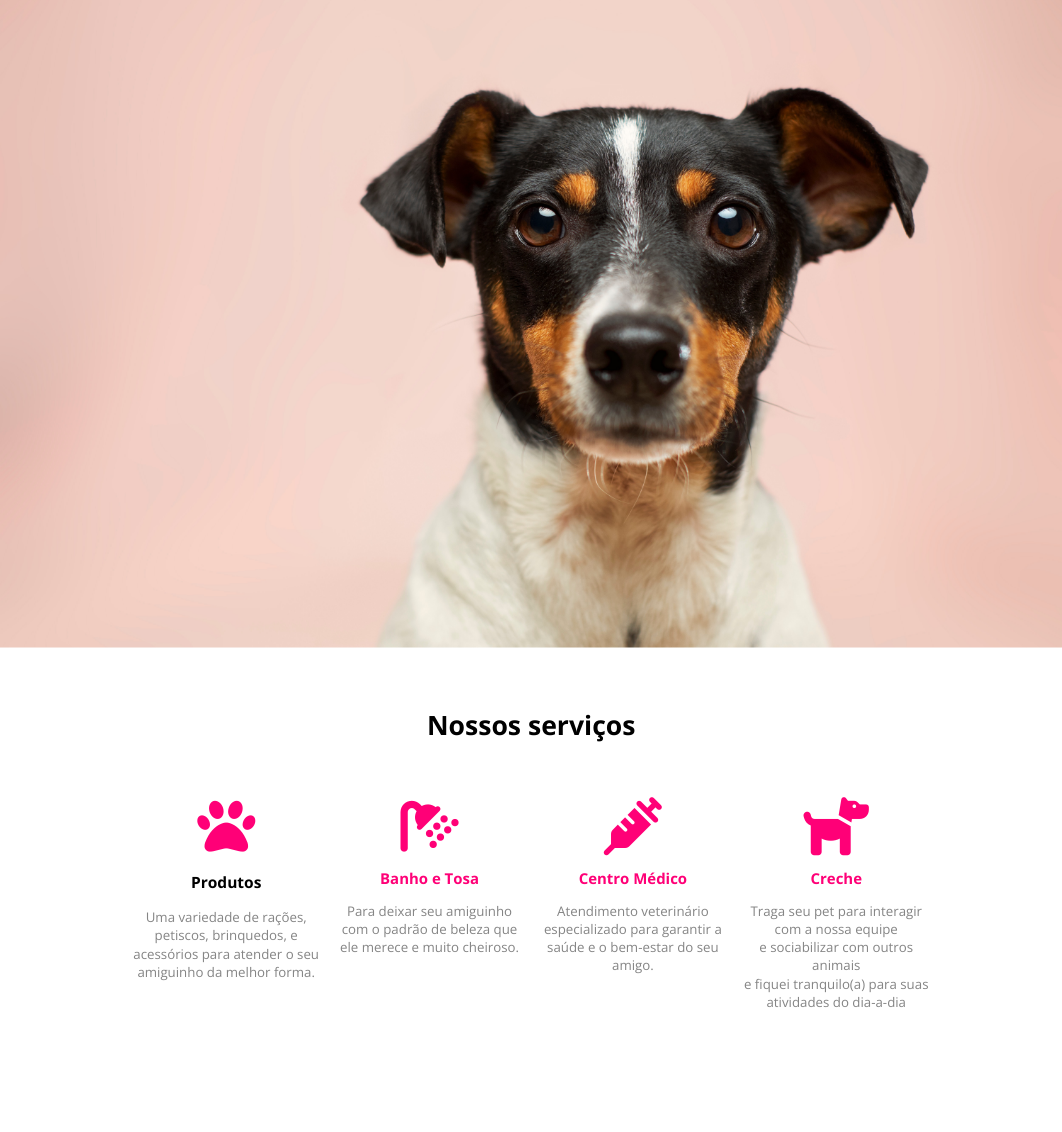
Repository: Carolden/ProhetoPetShop
Page: index.html
The author's editor kept a copy of each file at every save. The page is drawn from the files as they stood at one save, then again after the next save.
The browser window is 1280 px wide. The pictures show the part of the page from y = 270 to 1634 px (the page is 3584 px tall before and 3592 px after), at 83% of full size.
A picture or video elsewhere on the page could not be fetched, so the positions and the page height are approximate.

Above is the page before, as saved 2023-04-28 11:06:44.

### index.html
<!DOCTYPE html>
<html lang="pt-BR">
<head>
    <meta charset="UTF-8">
    <meta http-equiv="X-UA-Compatible" content="IE=edge">
    <meta name="viewport" content="width=device-width, initial-scale=1.0">
    <title>Pet&Shop</title>
    <link rel="stylesheet" href="index.css">
    <link rel="stylesheet" href="sobre.css">
    <link rel="stylesheet" href="produtos.css">
    <link rel="stylesheet" href="servicos.css">
    <link rel="stylesheet" href="faleconosco.css">
    <link rel="stylesheet" href="https://cdnjs.cloudflare.com/ajax/libs/font-awesome/6.4.0/css/all.min.css">
    <link rel="preconnect" href="https://fonts.googleapis.com">
    <link rel="preconnect" href="https://fonts.gstatic.com" crossorigin>
    <link href="https://fonts.googleapis.com/css2?family=Open+Sans:wght@300;400;500;600;700;800&display=swap" rel="stylesheet">
</head>
<body>
    <header>

        <div class="headerrow">
            <div class="headercolumn">
                <img src="Imagens/logo-colored.svg" alt="logo" class="logocolored">
            </div>

            <div>
                <nav class="menu">
                    <a href="index.html" class="active">Home</a>
                    <a href="sobre.html">Sobre</a>
                    <a href="produtos.html">Produtos</a>
                    <a href="servicos.html">Serviços</a>
                    <a href="faleconosco.html">Fale Conosco</a>
                </nav>
            </div>
        </div>


    </header>

    <section>
        <img src="Imagens/banner.jpg" alt="banner" class="banner">
    </section>

    <main>

        <section class="container">

            <h1 class="h1">Nossos serviços</h1>

            <div class="servicesrow">

                <div class="servicescolumn">
                    <i class="fa-solid fa-paw"></i>
                    <h3>Produtos</h3>
                    <p>Uma variedade de rações, <br>petiscos, brinquedos, e <br>acessórios para atender o seu <br>amiguinho da melhor forma.</p>
                </div>

                <div class="servicescolumn">
                    <i class="fa-solid fa-shower"></i>
                    <h2>Banho e Tosa</h2>
                    <p>Para deixar seu amiguinho <br>com o padrão de beleza que <br>ele merece e muito cheiroso.</p>
                </div>

                <div class="servicescolumn">
                    <i class="fa-solid fa-syringe"></i>
                    <h2>Centro Médico</h2>
                    <p>Atendimento veterinário <br>especializado para garantir a <br>saúde e o bem-estar do seu <br>amigo. </p>
                </div>

                <div class="servicescolumn">
                    <i class="fa-solid fa-dog"></i>
                    <h2>Creche</h2>
                    <p>Traga seu pet para interagir <br>com a nossa equipe <br>e sociabilizar com outros animais <br>e fiquei tranquilo(a) para suas <br>atividades do dia-a-dia</p>
                </div>

            </div>

        </section>


        <section>

            <div class="logowhitetext">
                <img src="Imagens/logo-white.svg" alt="logowhite" class="logowhite">
                <p><b>Só quem é apaixonado por animais sabe: </b>a relação de amor e cumplicidade que temos com nossos bichinhos de estimação é um vínculo único! Por essa razão, não medimos esforços para oferecer o que há de melhor para trazer ainda mais alegria e qualidade de vida. Rações, acessórios, medicamentos e brinquedos estão na nossa listinha de prioridades; e tudo isso você encontra aqui na pet&shop.</p>
            </div>

        </section>

        <section class="container">

            <div class="prodrow">

                <div class="prodcolumn">
                    <img src="Imagens/Produtos/product-1.webp" alt="ração">
                    <p>Royal Canin Maxi Adult 15kg</p>
                    <h4>R$ 109,90</h4>
                </div>

                <div class="prodcolumn">
                    <img src="Imagens/Produtos/product-2.webp" alt="ração">
                    <p>Premier Fórmula Raças Medias Adulto</p>
                    <h4>R$ 79,90</h4>
                </div>

                <div class="prodcolumn">
                    <img src="Imagens/Produtos/product-3.webp" alt="ração">
                    <p>Pro Plan Raças Pequenas Reduced Calorie</p>
                    <h4>R$ 79,90</h4>
                </div>

                <div class="prodcolumn">
                    <img src="Imagens/Produtos/product-4.webp" alt="ração">
                    <p>EasOtic 10ml - Virbac</p>
                    <h4>R$ 169,90</h4>
                </div>

                <div class="prodcolumn">
                    <img src="Imagens/Produtos/product-5.webp" alt="moletom">
                    <p>Moletom Snoopy Sleeping Azul - Zooz</p>
                    <h4>R$ 39,90</h4>
                </div>

                <div class="prodcolumn">
                    <img src="Imagens/Produtos/product-6.webp" alt="ração">
                    <p>N&D Ancestral Selection Cães Adultos Raças Grandes</p>
                    <h4>R$ 89,90</h4>
                </div>

            </div>

            <div class="prodrow">

                <div class="prodcolumn">
                    <img src="Imagens/Produtos/product-7.webp" alt="ração">
                    <p>Kit Hills Prescription Diet Lata A/D Urgent Care 156g</p>
                    <h4>R$ 44,90</h4>
                </div>

                <div class="prodcolumn">
                    <img src="Imagens/Produtos/product-8.webp" alt="ração">
                    <p>Three Cats Original Sênior 10,1kg</p>
                    <h4>R$ 69,90</h4>
                </div>

                <div class="prodcolumn">
                    <img src="Imagens/Produtos/product-9.webp" alt="ração">
                    <p>Peitoral Ergocomfort Rosa Ferplast</p>
                    <h4>R$ 134,90</h4>
                </div>

                <div class="prodcolumn">
                    <img src="Imagens/Produtos/product-10.webp" alt="ração">
                    <p>Peitoral Para Cachorros Sail Dog 27</p>
                    <h4>R$ 129,90</h4>
                </div>

                <div class="prodcolumn">
                    <img src="Imagens/Produtos/product-11.webp" alt="ração">
                    <p>Guia Para Cachorros Tropical Dog 27</p>
                    <h4>R$ 114,90</h4>
                </div>

                <div class="prodcolumn">
                    <img src="Imagens/Produtos/product-12.webp" alt="ração">
                    <p>Guia Para Cachorros One Dog 27</p>
                    <h4>R$ 114,90</h4>
                </div>

            </div>

            <button>Ver mais</button>

        </section>

    </main>

    <footer class="container">

        <div>
            <img src="Imagens/logo-white.svg" alt="logo" class="logofooter">
        </div>

        <div class="footerrow">

            <div class="footercolumn">
                <h4>Contato</h4>
                <address>
                    Estrada sem nome, 1234, Sala 0
                    Bairro - Cidade / UF
                    12345-678
                    (00) 99999-9999
                    contato@petshop.com.br
                </address>
            </div class="cootercolumn">
                <h4>Horário de funcionamento</h4>
                <p>
                    De Segunda a Sexta-feira das 9 às 19hs.
                    Aos Sábados das 9 às 18hs.
                </p>
            <div>
                <h4>Siga-nos</h4>
                <i class="fa-brands fa-facebook-f"></i>
                <i class="fa-brands fa-instagram"></i>
                <i class="fa-brands fa-tiktok"></i>
                <i class="fa-brands fa-twitter"></i>
                <i class="fa-brands fa-youtube"></i>
            </div>

        </div>

        <div class="devdbycrie">
            <p>© 2022 pet&shop | Todos os direitos reservados. Desenvolvido por Crie_TI</p>
        </div>


    </footer>






















































</body>
</html>

### index.css

@import url('https://fonts.googleapis.com/css2?family=Open+Sans:wght@300&display=swap');


body {
    margin: 0;
    border: 0;
    font-family: 'Open Sans', sans-serif;
    overflow-x: hidden;
}

.logocolored {
    width: 300px;
}

.headerrow {
    display: flex;
    width: 100%;
    align-items: center;
    padding-top: 10px;
    padding-bottom: 10px;
}

.menu a {
    text-decoration: none;
    padding: 12px;
    color: #382c32;
    font-weight: 600;
    font-size: 18px;
}

a.active {
    color: white;
    background-color: #FF0077;;
    padding-top: 100%;
    padding-bottom: 100%;
}

a.active:hover {
    color: white
}

a:hover {
    color: #FF0077;;
}

.headercolumn {
    width: 50%;
    padding-left: 150px;
}

.banner{
    width: 100%;
    height: 800px;
    object-fit: cover;
}

.servicesrow {
    display: flex;
    width: 100%;
    padding-bottom: 150px;
}

.servicescolumn {
    width: 25%;
    text-align: center;
}

.servicescolumn h2 {
    color: #FF0077;
    font-size: 18px;
}

.servicescolumn p {
    color: #858585;
    font-size: 16px;
}

.servicescolumn i {
    color: #FF0077;
    font-size: 70px;
}


.h1 {
    text-align: center;
    font-size: 32px;
    padding-top: 40px;
    padding-bottom: 40px;
}

.logowhite {
    width: 300px;
}

.logowhitetext {
    background-color: #0077ff;
    width: 100%;
    padding: 130px 230px 130px 230px;
    box-sizing: border-box;
    font-size: 20px;
    color: white;
    margin-bottom: 100px;
}

.container {
    padding-left: 150px;
    padding-right: 150px;
}

.prodrow {
    display: flex;
    width: 100%;
}

.prodcolumn {
    width: 16.66%;
}

.prodcolumn img {
    width: 100%;
    height: auto;
    object-fit: cover;
}

.footerrow {
    display: flex;
}

Loaded but not shown: sobre.css (no stored copy; drawn as an empty file); produtos.css (no stored copy; drawn as an empty file); servicos.css (no stored copy; drawn as an empty file); faleconosco.css (no stored copy; drawn as an empty file)

After the next save:
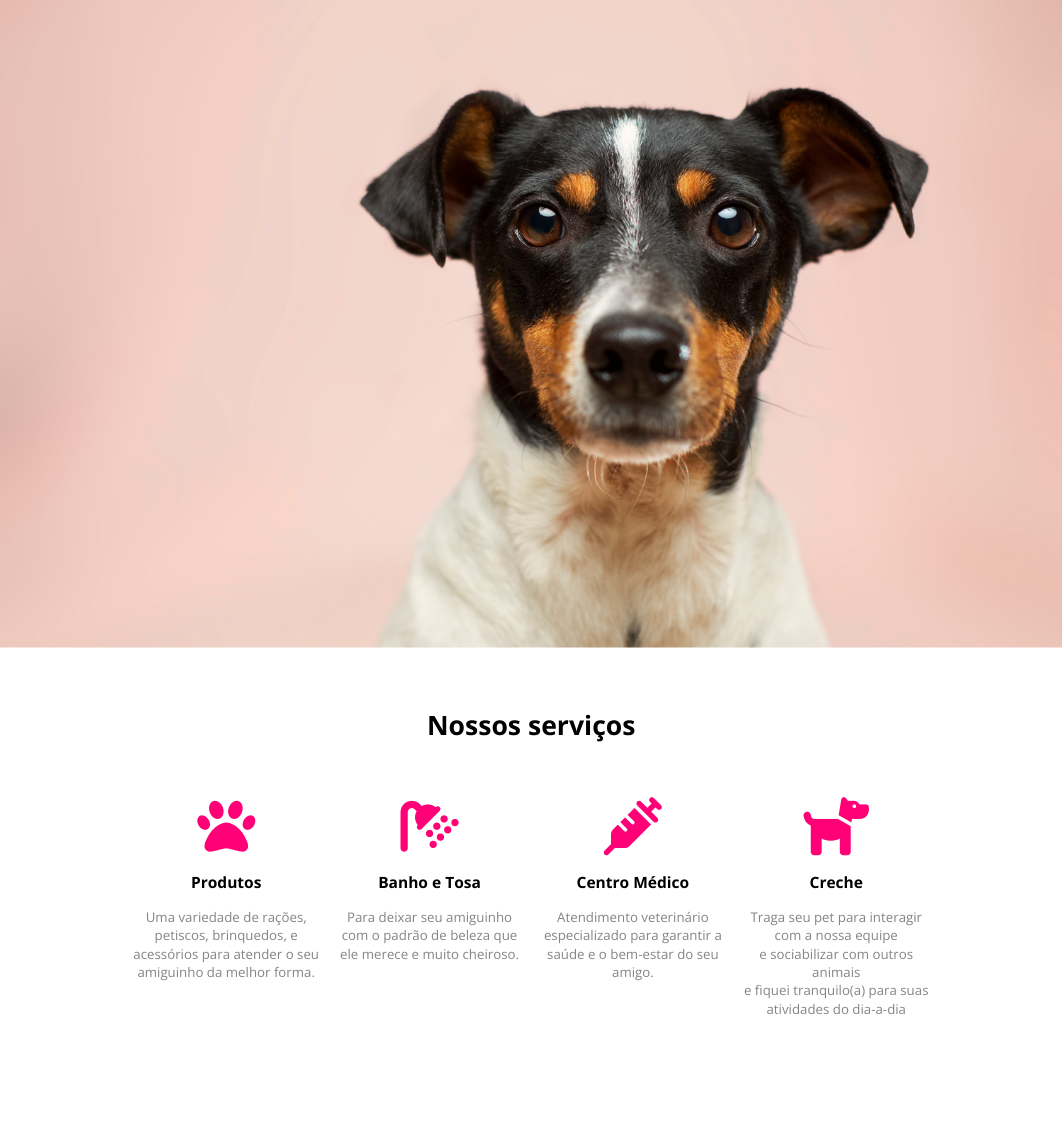
Saved 35 s later.
--- a/index.html
+++ b/index.html
@@ -57,19 +57,19 @@
 
                 <div class="servicescolumn">
                     <i class="fa-solid fa-shower"></i>
-                    <h2>Banho e Tosa</h2>
+                    <h3>Banho e Tosa</h3>
                     <p>Para deixar seu amiguinho <br>com o padrão de beleza que <br>ele merece e muito cheiroso.</p>
                 </div>
 
                 <div class="servicescolumn">
                     <i class="fa-solid fa-syringe"></i>
-                    <h2>Centro Médico</h2>
+                    <h3>Centro Médico</h3>
                     <p>Atendimento veterinário <br>especializado para garantir a <br>saúde e o bem-estar do seu <br>amigo. </p>
                 </div>
 
                 <div class="servicescolumn">
                     <i class="fa-solid fa-dog"></i>
-                    <h2>Creche</h2>
+                    <h3>Creche</h3>
                     <p>Traga seu pet para interagir <br>com a nossa equipe <br>e sociabilizar com outros animais <br>e fiquei tranquilo(a) para suas <br>atividades do dia-a-dia</p>
                 </div>
 
